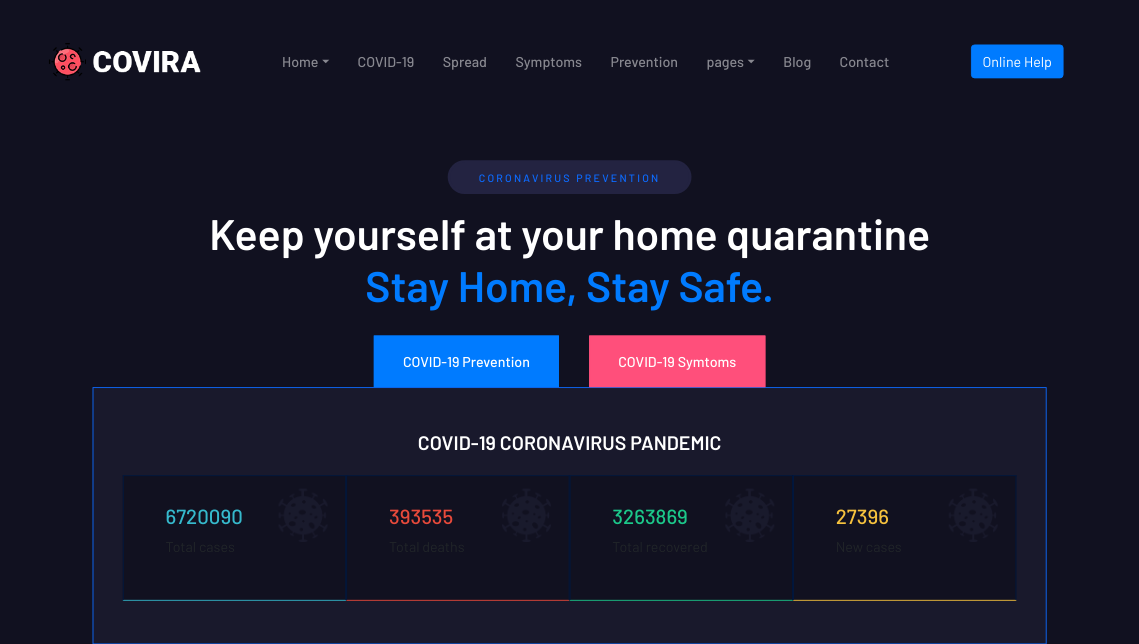
Repository: sitikhusushan/corona_updates
Page: index.html
An editor plug-in stored every save of this project. The page is shown before and after the next save, followed by the edit.
The browser window is 1280 px wide. The pictures show the whole page, at 89% of full size.

Above is the page before, as saved 2020-06-06 11:15:10.

### index.html
<!DOCTYPE html>
<html lang="en">
  <head>
    <meta charset="UTF-8" />
    <meta name="viewport" content="width=device-width, initial-scale=1.0" />
    <link rel="stylesheet" href="css/bootstrap.css" />
    <link rel="stylesheet" type="text/css" href="style.css" />
    <title>Covid-19</title>
  </head>
  <body>
    <!--this is header -->
    <header>
      <!-- navbar starts from here -->
      <nav class="navbar navbar-expand-lg navbar-dark fix">
        <div class="container">
          <!-- this is the logo section  -->
          <a class="logo" href="">
            <img src="image/logo-white.png" alt="coronavirus_logo"
          /></a>
          <!-- this is modified code no need to see -->
          <!-- <div class="row">
          <div class="col-md-2 col-sm-2">
            <img src="image/logo-white.png" alt="coronavirus_logo" />
          </div>
          <div class="col-md-1 col-sm">
            <div class="dropdown">
              <button
                type="button"
                class="btn btn-danger dropdown-toggle"
                data-toggle="dropdown"
              >
                Home
              </button>
              <div class="dropdown-menu">
                <a class="dropdown-item" href="#">akjf</a>
                <a class="dropdown-item" href="#">alkdf</a>
                <a class="dropdown-item" href="#">akfjl</a>
                <a class="dropdown-item" href="#">ahdfjk</a>
                <a class="dropdown-item" href="#">ajlkdf</a>
                <a class="dropdown-item" href="#">kjahdf</a>
              </div>
            </div>
          </div>
          <div class="col-md-1 col-sm">
            COVID-19
          </div>
          <div class="col-md-1 col-sm">
            Spread
          </div>
          <div class="col-md-1 col-sm">
            Symptoms
          </div>
          <div class="col-md-1 col-sm">
            Prevention
          </div>
          <div class="col-md-1 col-sm">
            <div class="dropdown">
              <button
                type="button"
                class="btn btn-danger dropdown-toggle"
                data-toggle="dropdown"
              >
                Pages
              </button>
              <div class="dropdown-menu">
                <a class="dropdown-item" href="#"></a>
                <a class="dropdown-item" href="#"></a>
                <a class="dropdown-item" href="#"></a>
                <a class="dropdown-item" href="#"></a>
              </div>
            </div>
          </div>
          <div class="col-md-1 col-sm">Blog</div>
          <div class="col-md-1 col-sm">Contact</div>
          <div class="col-md-2 col-sm-2">
            <button class="btn btn-primary" type="button">Online Help</button>
          </div>
        </div> -->
          <!-- the content of navbar starts from here  -->
          <div class="collapse navbar-collapse">
            <ul class="navbar-nav mx-auto">
              <!-- dropdown of home is here -->
              <li class="nav-item dropdown">
                <a
                  class="nav-link dropdown-toggle"
                  href="#"
                  data-toggle="dropdown"
                  aria-expanded="false"
                  >Home</a
                >
                <div class="dropdown-menu">
                  <a class="dropdown-item" href="#">Home one</a>
                  <a class="dropdown-item" href="#">Home one dark</a>
                  <a class="dropdown-item" href="#">Home two</a>
                  <a class="dropdown-item" href="#">Home two dark</a>
                  <a class="dropdown-item" href="#">Home three</a>
                  <a class="dropdown-item" href="#">Home three dark</a>
                </div>
              </li>
              <li class="nav-item">
                <a class="nav-link" href="#">COVID-19</a>
              </li>
              <li class="nav-item">
                <a class="nav-link" href="#">Spread</a>
              </li>
              <li class="nav-item">
                <a class="nav-link" href="#">Symptoms</a>
              </li>
              <li class="nav-item">
                <a class="nav-link" href="#">Prevention</a>
              </li>
              <!-- dropdown of pages is here -->
              <li class="nav-item dropdown">
                <a
                  class="nav-link dropdown-toggle"
                  href="#"
                  data-toggle="dropdown"
                  aria-expanded="false"
                  >pages</a
                >
                <div class="dropdown-menu">
                  <a class="dropdown-item" href="#">Blog</a>
                  <a class="dropdown-item" href="#">Article</a>
                  <a class="dropdown-item" href="#">Contact</a>
                  <a class="dropdown-item" href="#">Outbrek news</a>
                </div>
              </li>
              <li class="nav-item">
                <a class="nav-link" href="#">Blog</a>
              </li>
              <li class="nav-item">
                <a class="nav-link" href="#">Contact</a>
              </li>
            </ul>
          </div>
          <!-- online help section  -->
          <a class="onlinehelp" href="">
            <i class="fas fa-headset"></i>
            <button class="btn btn-primary" type="button">Online Help</button>
          </a>
        </div>
      </nav>
    </header>
    <!-- here starts the banner content  -->
    <div class="banner">
      <div class="container">
        <div class="prevention">
          <!-- here are paragraph & headline -->
          <p class="pre">CORONAVIRUS PREVENTION</p>
          <h1>
            Keep yourself at your home quarantine <br />
            <span class="text-primary"> Stay Home, Stay Safe.</span>
          </h1>
          <!-- this is the button parts -->
          <div class="button">
            <!-- this is modified code no need to see  -->
            <!-- <div class="col-md-6">
              <button class="btn btn-primary" type="button">
                COVID-19 Prevention
              </button>
            </div>
            <div class="col-md">
              <button class="btn btn-danger" type="button">
                COVID-19 Symtoms
              </button> -->
            <a href="" class="btn btn-lg btn-primary">COVID-19 Prevention</a>
            <a href="" class="btn btn-lg btn-pink">COVID-19 Symtoms</a>
          </div>
        </div>
      </div>
    </div>
    <!-- live feedback or dashboard is here  -->
    <div class="dashboard">
      <div class="container">
        <h3>COVID-19 CORONAVIRUS PANDEMIC</h3>
        <div class="row">
          <div class="col-md-6 col-lg-3 status status-info">
            <div class="status-color">
              <h2 class="data-header" id="totalcases">6720090</h2>
              <p>Total cases</p>
              <img src="image/1.png" alt="coronavirus image" />
            </div>
          </div>
          <div class="col-md-6 col-lg-3 status status-danger">
            <div class="status-color">
              <h2 class="data-header" id="totaldeaths">393535</h2>
              <p>Total deaths</p>
              <img src="image/1.png" alt="coronavirus image" />
            </div>
          </div>
          <div class="col-md-6 col-lg-3 status status-success">
            <div class="status-color">
              <h2 class="data-header" id="totalrecovered">3263869</h2>
              <p>Total recovered</p>
              <img src="image/1.png" alt="coronavirus image" />
            </div>
          </div>
          <div class="col-md-6 col-lg-3 status status-warning">
            <div class="status-color">
              <h2 class="data-header" id="newcases">27396</h2>
              <p>New cases</p>
              <img src="image/1.png" alt="coronavirus image" />
            </div>
          </div>
        </div>
      </div>
    </div>
  </body>
</html>
<script src="https://code.jquery.com/jquery-3.5.1.js"></script>
<script src="js/bootstrap.js"></script>

### style.css
body {
  background-color: #111120;
  font-family: "Barlow";
}

.container {
  max-width: 1200px;
}

/* navbar css */
/* this css is to put the navbar at same place  */
.fix {
  position: fixed;
  top: 0;
  right: 0;
  left: 0;
  background-color: #111120;
  padding: 40px 0px;
}

/* to change the content of navbar when hover   */
.navbar .navbar-nav .nav-item a.nav-link:hover {
  color: hotpink;
}

/* this hover is for nav-item  */
.navbar .navbar-nav .nav-item .dropdown-menu a.dropdown-item:hover {
  background-color: hotpink;
}

.dropdown-menu {
  display: none;
  position: absolute;
  background-color: #111120;
  color: #939fb2;
  font-weight: 700;
  font-size: 15px;
  z-index: 1;
}

.dropdown-menu .dropdown-item {
  color: #939fb2;
  font-weight: 600;
}
/* this hover is for dropdown-menu */
.navbar .navbar-nav .nav-item:hover .dropdown-menu {
  display: block;
}

.navbar .nav-item a.nav-link {
  font-weight: 500;
  padding: 8px 16px;
}

nav .container .logo img {
  max-width: 170px;
}

/* banner css starts from here  */

.banner {
  height: 100%;
  text-align: center;
  padding-top: 180px;
}

h1 {
  color: white;
  font-weight: 600;
  font-size: 48px;
  margin-bottom: 28px;
}

/* css for covid-19 prevention & symptoms */
.btn-pink {
  color: white;
  background-color: #ff4f7b;
  border-color: #ff4f7b;
}

.btn-lg {
  padding: 1rem 2rem;
  font-size: 1rem;
  font-weight: 500;
  border-radius: 0px;
}

.btn-primary {
  color: white;
  margin-right: 30px;
}

/* css for paragraph of banner  */
.pre {
  font-size: 0.75rem;
  font-weight: 500;
  line-height: 1;
  letter-spacing: 2.5px;
  display: inline-block;
  border-radius: 800px;
  border: #232341 solid;
  background-color: #232341;
  color: #0d6bff;
  padding: 10px 32px;
  margin-bottom: 16px;
}

/* css for dashboard starts from here  */
h2 {
  font-size: 23px;
}

h3 {
  font-size: 22px;
}

.dashboard h3 {
  font-weight: 600;
  margin-bottom: 23px;
  text-align: center;
  color: white;
}

.dashboard .container {
  /* position: absolute; */
  width: 1072px;
  background-color: #19192c;
  padding: 48px;
  border: 1px solid #0d6bff;
}

.dashboard .row > div {
  position: relative;
  display: block;
  width: 245px;
  background-color: #111120;
  border: 1px solid #001940;
}

/* here css for image  */
.dashboard .status-color img {
  position: absolute;
  top: 10%;
  left: 70%;
  right: 0%;
  width: 55px;
  max-width: 100%;
  height: auto;
  filter: invert(7%) sepia(7%) saturate(6094%) hue-rotate(203deg)
    brightness(92%) contrast(91%);
}

.dashboard .status-color {
  padding: 32px;
}

/* .dashboard .status {
  padding: 0px 15px;
} */

.dashboard .status.status-info {
  border-bottom-color: #36b9cc;
}

.dashboard .status.status-danger {
  border-bottom-color: #e74a3b;
}

.dashboard .status.status-success {
  border-bottom-color: #1cc88a;
}

.dashboard .status.status-warning {
  border-bottom-color: #f6c23e;
}

#totalcases {
  color: #36b9cc;
}

#totaldeaths {
  color: #e74a3b;
}

#totalrecovered {
  color: #1cc88a;
}

#newcases {
  color: #f6c23e;
}

@font-face {
  font-family: "Barlow";
  src: url("font/Barlow-Black.woff2") format("woff2"),
    url("font/Barlow-Black.woff") format("woff"),
    url("font/Barlow-Black.svg#Barlow-Black") format("svg");
  font-weight: 900;
  font-style: normal;
}

@font-face {
  font-family: "Barlow";
  src: url("font/Barlow-Light.woff2") format("woff2"),
    url("font/Barlow-Light.woff") format("woff"),
    url("font/Barlow-Light.svg#Barlow-Light") format("svg");
  font-weight: 300;
  font-style: normal;
}

@font-face {
  font-family: "Barlow";
  src: url("font/Barlow-Medium.woff2") format("woff2"),
    url("font/Barlow-Medium.woff") format("woff"),
    url("font/Barlow-Medium.svg#Barlow-Medium") format("svg");
  font-weight: 500;
  font-style: normal;
}

@font-face {
  font-family: "Barlow";
  src: url("font/Barlow-ExtraBold.woff2") format("woff2"),
    url("font/Barlow-ExtraBold.woff") format("woff"),
    url("font/Barlow-ExtraBold.svg#Barlow-ExtraBold") format("svg");
  font-weight: 800;
  font-style: normal;
}

@font-face {
  font-family: "Barlow";
  src: url("font/Barlow-SemiBold.woff2") format("woff2"),
    url("font/Barlow-SemiBold.woff") format("woff"),
    url("font/Barlow-SemiBold.svg#Barlow-SemiBold") format("svg");
  font-weight: 600;
  font-style: normal;
}

@font-face {
  font-family: "Barlow";
  src: url("font/Barlow-Regular.woff2") format("woff2"),
    url("font/Barlow-Regular.woff") format("woff"),
    url("font/Barlow-Regular.svg#Barlow-Regular") format("svg");
  font-weight: normal;
  font-style: normal;
}

@font-face {
  font-family: "Barlow";
  src: url("font/Barlow-Thin.woff2") format("woff2"),
    url("font/Barlow-Thin.woff") format("woff"),
    url("font/Barlow-Thin.svg#Barlow-Thin") format("svg");
  font-weight: 100;
  font-style: normal;
}

@font-face {
  font-family: "Barlow";
  src: url("font/Barlow-Bold.woff2") format("woff2"),
    url("font/Barlow-Bold.woff") format("woff"),
    url("font/Barlow-Bold.svg#Barlow-Bold") format("svg");
  font-weight: bold;
  font-style: normal;
}

@font-face {
  font-family: "Barlow";
  src: url("font/Barlow-ExtraLight.woff2") format("woff2"),
    url("font/Barlow-ExtraLight.woff") format("woff"),
    url("font/Barlow-ExtraLight.svg#Barlow-ExtraLight") format("svg");
  font-weight: 200;
  font-style: normal;
}

Loaded but not shown: css/bootstrap.css (library); js/bootstrap.js (library)

After the next save:
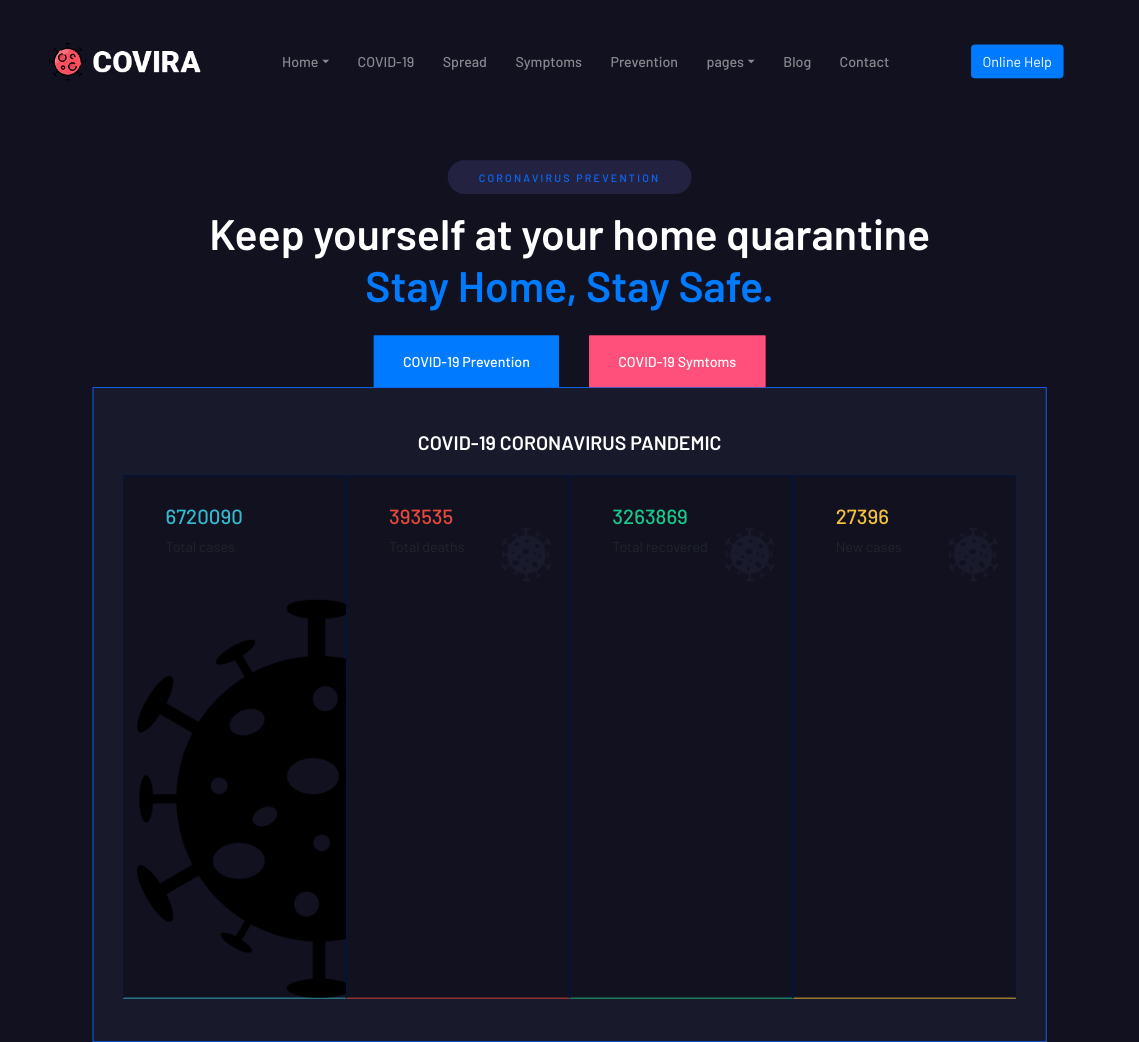
Saved 3 min 52 s later.
--- a/index.html
+++ b/index.html
@@ -178,8 +178,8 @@
             <div class="status-color">
               <h2 class="data-header" id="totalcases">6720090</h2>
               <p>Total cases</p>
-              <img src="image/1.png" alt="coronavirus image" />
-            </div>
+            </div>
+            <img src="image/1.png" alt="coronavirus image" />
           </div>
           <div class="col-md-6 col-lg-3 status status-danger">
             <div class="status-color">

After the save that followed:
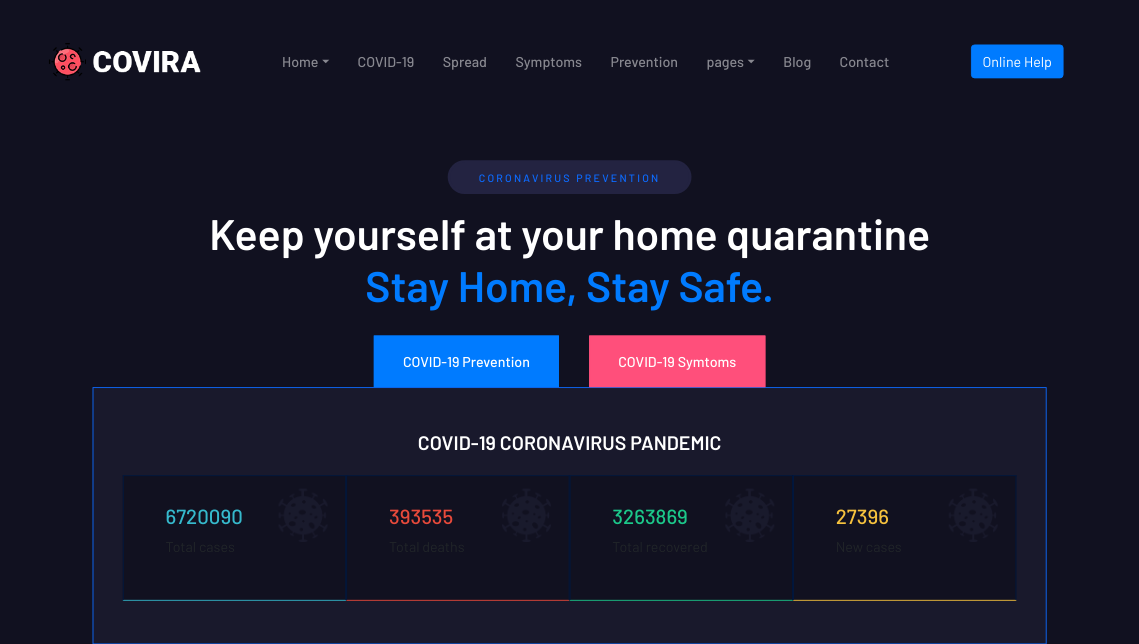
Saved 31 s later.
--- a/style.css
+++ b/style.css
@@ -138,7 +138,7 @@ h3 {
 }
 
 /* here css for image  */
-.dashboard .status-color img {
+.dashboard .status img {
   position: absolute;
   top: 10%;
   left: 70%;
@@ -154,10 +154,6 @@ h3 {
   padding: 32px;
 }
 
-/* .dashboard .status {
-  padding: 0px 15px;
-} */
-
 .dashboard .status.status-info {
   border-bottom-color: #36b9cc;
 }
